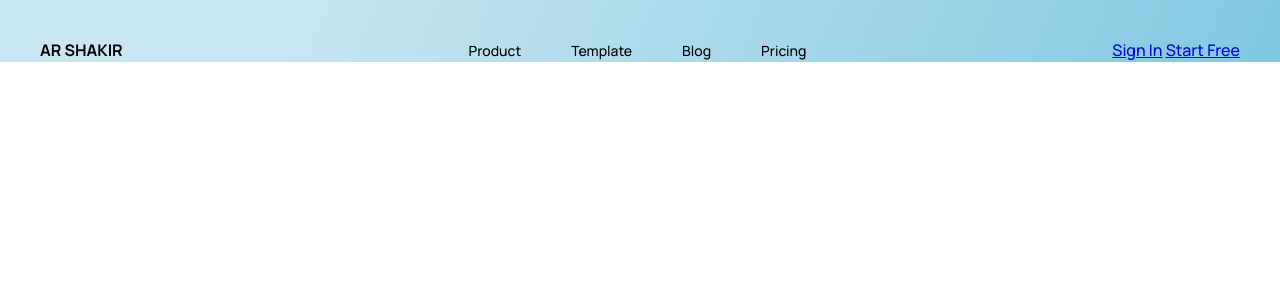
Repository: duongdori/ARShakir
Page: index.html
These files come from the project's save history. The page is drawn as it stood at one moment and after the next save; the edit follows.
The browser window is 1280 px wide. The pictures show the whole page.

Above is the page before, as saved 2022-04-01 22:15:17.

### index.html
<!DOCTYPE html>
<html lang="en">
<head>
    <meta charset="UTF-8">
    <meta http-equiv="X-UA-Compatible" content="IE=edge">
    <meta name="viewport" content="width=device-width, initial-scale=1.0">
    <title>Document</title>
    <link rel="preconnect" href="https://fonts.googleapis.com">
    <link rel="preconnect" href="https://fonts.gstatic.com" crossorigin>
    <link href="https://fonts.googleapis.com/css2?family=Manrope:wght@400;500;600;700;800&display=swap" rel="stylesheet">

    <link rel="stylesheet" href="./assets/css/main.css">
</head>
<body>
    <div class="wrapper">
        <header class="header">
            <div class="header-top">
                <div class="container">
                    <div class="header-logo">AR Shakir</div>
                    <ul class="header-menu">
                        <li class="header-menu-item">
                            <a href="#" class="header-menu-item-link">Product</a>
                            <ion-icon name="airplane"></ion-icon>
                        </li>
                        <li class="header-menu-item">
                            <a href="#" class="header-menu-item-link">Template</a>
                        </li>
                        <li class="header-menu-item">
                            <a href="#" class="header-menu-item-link">Blog</a>
                        </li>
                        <li class="header-menu-item">
                            <a href="#" class="header-menu-item-link">Pricing</a>
                            <ion-icon  name = "heart" > </ion-icon >
                        </li>
                    </ul>
                    <div class="header-login">
                        <a href="#" class="header-login-signin">Sign In</a>
                        <a href="#" class="header-login-startfree">Start Free</a>
                    </div>
                </div>
            </div>
        </header>
    </div>
</body>
<script>src = "https://unpkg.com/ionicons@4.5.10-0/dist/ionicons.js"</script>
</html>

### assets/css/main.css
*, *::before, *::after {
  box-sizing: border-box;
}
* {
  margin: 0;
}

html, body {
  height: 100%;
}
body {
  line-height: 1.5;
  -webkit-font-smoothing: antialiased;
  -webkit-tap-highlight-color: rgba(0,0,0,0);
}

img, picture, video, canvas, svg {
  display: block;
  max-width: 100%;
}
input, button, textarea, select {
  font: inherit;
  outline: none;
  border: none;
}
p, h1, h2, h3, h4, h5, h6 {
  overflow-wrap: break-word;
}

:root {
    --primary-font: "Manrope";
    --primary-text-color: #000;
}
body {
    font-family: var(--primary-font);
    font-weight: 500;
}

.wrapper {
    max-width: 1440px;
    margin: 0 auto;
}

.container {
    max-width: 1200px;
    margin: 0 auto;
}

.header{
    background: linear-gradient(292.12deg, #62BADA -35.02%, #C9E7F2 78.96%);
}

.header-top{
    padding-top: 38px;
}

.header-top .container {
    display:flex;
    justify-content: space-between;
    align-items: center;
}

.header-logo{
    font-weight: 700;
    font-style: 20px;
    line-height: calc(25 / 20);
    text-transform: uppercase;
    color: var(--primary-text-color);
}

.header-menu{
    display:flex;
    align-items: center;
    gap: 50px;
    list-style: none;
    font-weight: 500;
    font-size: 14px;
    line-height: calc(19 / 14);
}

.header-menu-item{


}

.header-menu-item-link{
    color: var(--primary-text-color);
    text-decoration: none;

}

.header-login{

}

.header-login-signin{

}

.header-login-startfree{

}

After the next save:
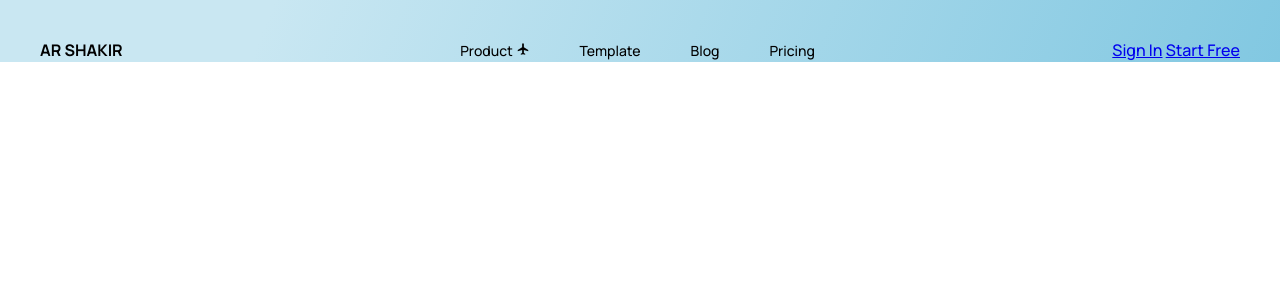
Saved 34 s later.
--- a/index.html
+++ b/index.html
@@ -30,7 +30,6 @@
                         </li>
                         <li class="header-menu-item">
                             <a href="#" class="header-menu-item-link">Pricing</a>
-                            <ion-icon  name = "heart" > </ion-icon >
                         </li>
                     </ul>
                     <div class="header-login">
@@ -42,5 +41,5 @@
         </header>
     </div>
 </body>
-<script>src = "https://unpkg.com/ionicons@4.5.10-0/dist/ionicons.js"</script>
+<script  src = "https://unpkg.com/ionicons@4.5.10-0/dist/ionicons.js" > </script >
 </html>
